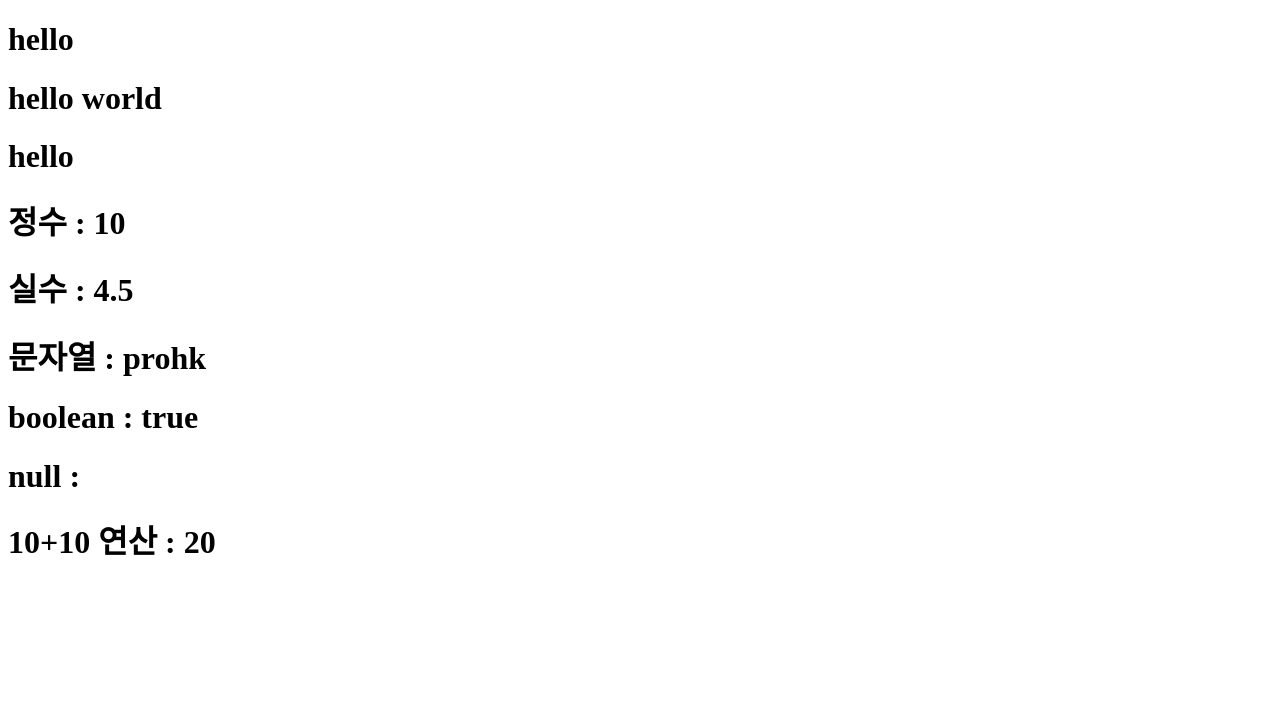
Repository: pro-hk/jsp
Page: http://localhost/chap06/express_language_01.jsp
The author's editor kept a copy of each file at every save. The page is drawn from the files as they stood at one save, then again after the next save.
The browser window is 1280 px wide. The pictures show the whole page.
The page is served by Tomcat 9.

Above is the page before, as saved 2022-01-25 06:15:41.

After the next save:
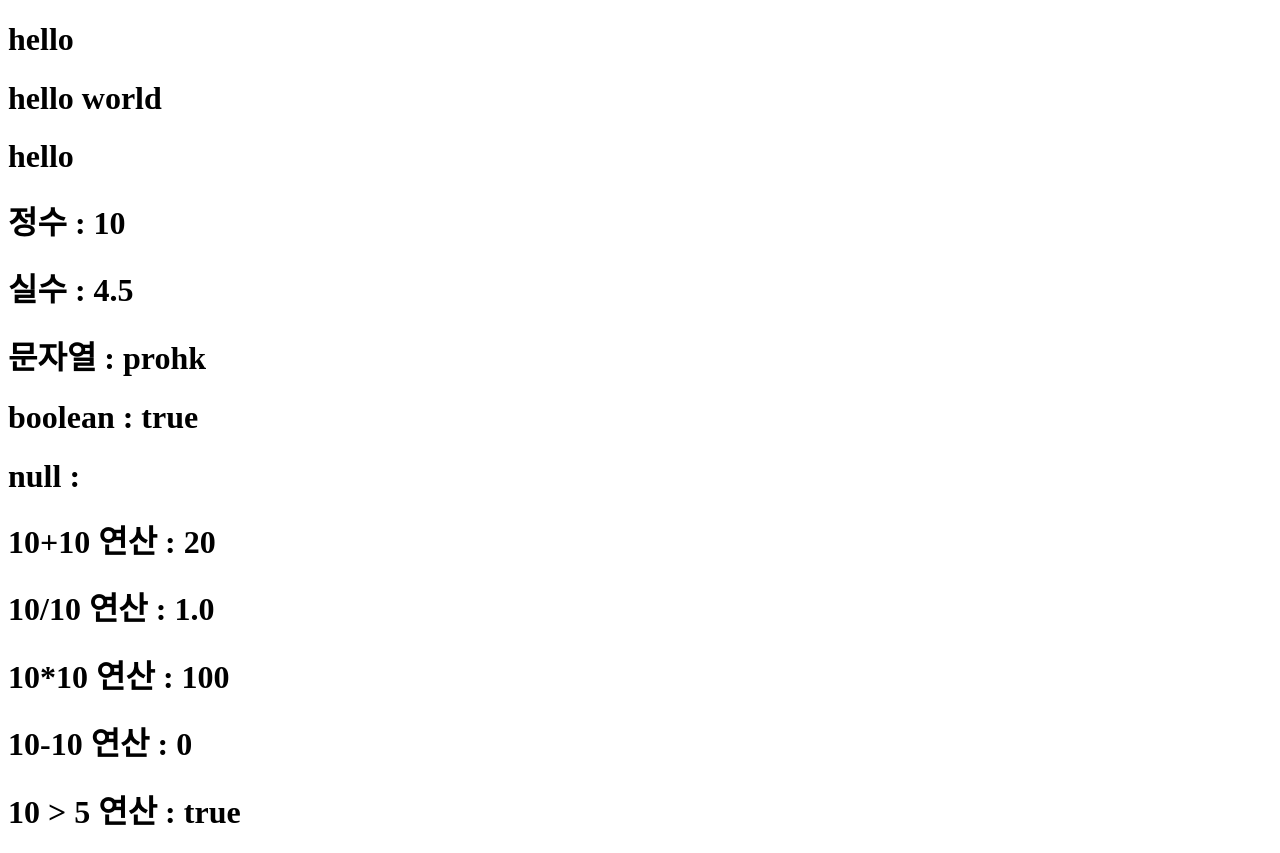
Saved 53 s later.
--- a/chap06/src/main/webapp/express_language_01.jsp
+++ b/chap06/src/main/webapp/express_language_01.jsp
@@ -16,5 +16,9 @@
 	<h1>boolean : ${true }</h1>
 	<h1>null : ${null }</h1>
 	<h1>10+10 연산 : ${10+10 }</h1>
+	<h1>10/10 연산 : ${10/10 }</h1>
+	<h1>10*10 연산 : ${10*10 }</h1>
+	<h1>10-10 연산 : ${10-10 }</h1>
+	<h1>10 > 5 연산 : ${10>5 }</h1>
 </body>
 </html>
